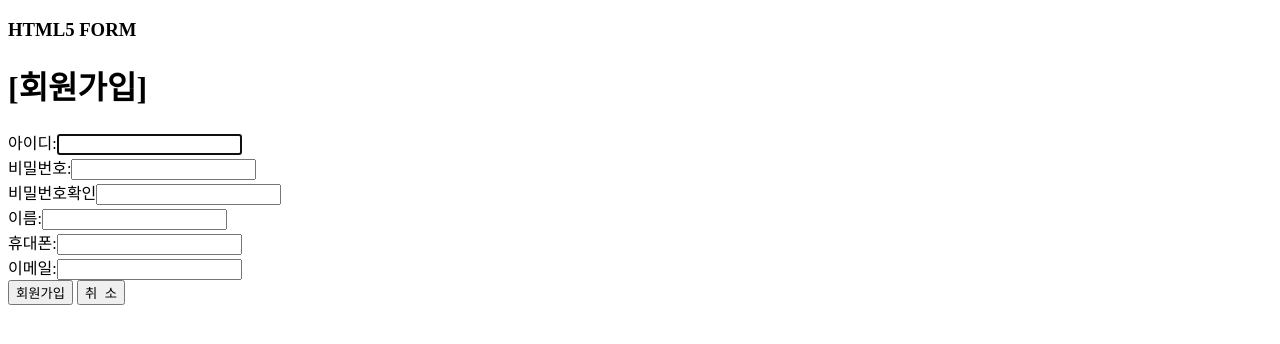
Repository: helloJunejun/WorkSpace_WebUi
Page: 0.3html5_form/src/main/webapp/sample_html5-1.html
These files come from the project's save history. The page is drawn as it stood at one moment and after the next save; the edit follows.
The browser window is 1280 px wide. The pictures show the whole page.

Above is the page before, as saved 2021-06-24 05:40:38.

After the next save:
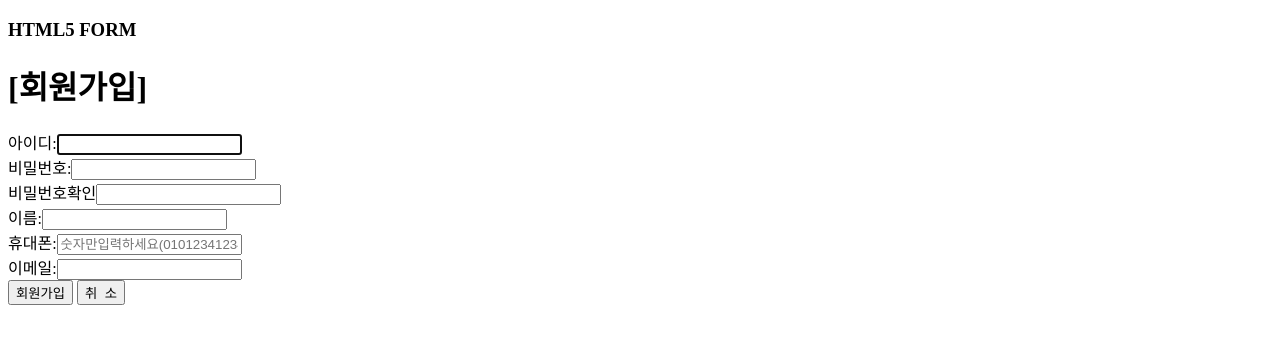
Saved 2 min 6 s later.
--- a/0.3html5_form/src/main/webapp/sample_html5-1.html
+++ b/0.3html5_form/src/main/webapp/sample_html5-1.html
@@ -19,7 +19,8 @@
 		이름:<input type="text" name="name"
 				required="required"><br>
 		휴대폰:<input type="text" name="mobile"
-				required="required"><br>
+				required="required"
+				placeholder="숫자만입력하세요(01012341234)"><br>
 		이메일:<input type="text" name="email"
 				required="required"><br>
 
